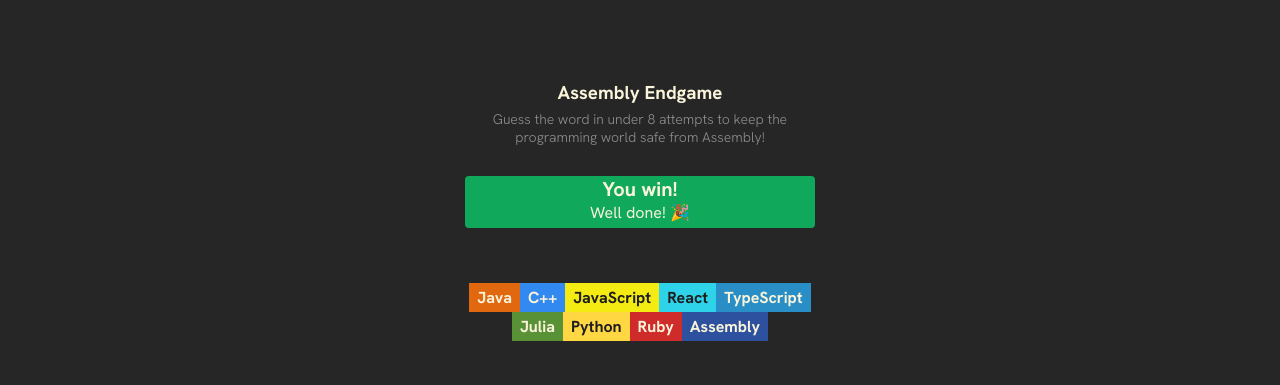
Repository: AchrafAzzaoui/AssemblyEndgame
Page: / (app in assembly-endgame/)
The author's editor kept a copy of each file at every save. The page is drawn from the files as they stood at one save, then again after the next save.
The browser window is 1280 px wide. The pictures show the whole page.
The project was rebuilt for these pictures with package versions that can differ from the ones it lists, and the page was loaded fresh each time. Also part of the build but not shown: assembly-endgame/vite.config.js.

Above is the page before, as saved 2024-12-25 13:09:24.

### assembly-endgame/index.html
<!DOCTYPE html>
<html lang="en">
  <head>
    <meta charset="UTF-8" />
    <link rel="icon" type="image/svg+xml" href="/vite.svg" />
    <meta name="viewport" content="width=device-width, initial-scale=1.0" />
    <link
      href="https://fonts.googleapis.com/css2?family=Hanken+Grotesk:wght@300;400;500;600;700&display=swap"
      rel="stylesheet"
    />
    <title>Assembly Endgame</title>
  </head>
  <body>
    <div id="root"></div>
    <script type="module" src="/src/main.jsx"></script>
  </body>
</html>

### assembly-endgame/src/index.css
* {
  margin: 0;
  padding: 0;
  box-sizing: border-box;
}
body {
  font-family: "Hanken Grotesk", sans-serif;
  background-color: #262626;
  color: #d9d9d9;
  padding: 80px 40px;
  height: 100vh;
  display: flex;
  justify-content: center;
}

header {
  text-align: center;
}

.game-title {
  color: #f9f4da;
}
.game-description {
  margin-top: 5px;
  font-weight: 300;
  color: #8e8e8e;
  font-size: 0.875rem;
  max-width: 350px;
}
.game-description,
.game-title {
  text-align: center;
}

/* status */
.game-status {
  width: 100%;
  max-width: 350px;
  background-color: #10a95b;
  color: #f9f4da;
  display: flex;
  flex-direction: column;
  justify-content: space-evenly;
  align-items: center;
  padding: 0px 20px;
  margin: 20px 0;
  border-radius: 4px;
  margin-block: 30px;
}
.game-status p {
  margin-bottom: 5px;
}
.game-status h2 {
  font-size: 1.25rem;
  /* margin: 5px; */
}

/* language tags */
.language-tags-container {
  display: flex;
  justify-content: center;
  margin-top: 25px;
  flex-wrap: wrap;
  max-width: 350px;
}

.language-tag {
  padding: 0.25rem 0.5rem;
}

main {
  width: 100%;
  max-width: 600px;
  display: flex;
  flex-direction: column;
  align-items: center;
}

### assembly-endgame/src/App.jsx
import { useState } from "react";
import Status from "./components/Status.jsx";
import LanguageTags from "./components/LanguageTags.jsx";

export default function App() {
  return (
    <main>
      <header>
        <h3 className="game-title">Assembly Endgame</h3>
        <p className="game-description">
          Guess the word in under 8 attempts to keep the programming world safe
          from Assembly!
        </p>
      </header>
      <Status />
      <LanguageTags />
    </main>
  );
}

### assembly-endgame/src/components/Status.jsx
import { useState } from "react";

export default function Status() {
  return (
    <div className="game-status">
      <h2>You win!</h2>
      <p>Well done! 🎉</p>
    </div>
  );
}

### assembly-endgame/src/components/LanguageTags.jsx
import { useState } from "react";
import { languages } from "../data/languages.js";

export default function LanguageTags() {
  const languageTags = languages.map((language) => {
    const { name, backgroundColor, color } = language;
    return (
      <div
        className="language-tag"
        style={{ backgroundColor: backgroundColor, color: color }}
      >
        <h4>{name}</h4>
      </div>
    );
  });
  return <div className="language-tags-container">{languageTags}</div>;
}

### assembly-endgame/src/data/languages.js
export const languages = [
  {
    name: "Java",
    backgroundColor: "#E2680F",
    color: "#F9F4DA",
  },
  {
    name: "C++",
    backgroundColor: "#328AF1",
    color: "#F9F4DA",
  },
  {
    name: "JavaScript",
    backgroundColor: "#F4EB13",
    color: "#1E1E1E",
  },
  {
    name: "React",
    backgroundColor: "#2ED3E9",
    color: "#1E1E1E",
  },
  {
    name: "TypeScript",
    backgroundColor: "#298EC6",
    color: "#F9F4DA",
  },
  {
    name: "Julia",
    backgroundColor: "#599137",
    color: "#F9F4DA",
  },
  {
    name: "Python",
    backgroundColor: "#FFD742",
    color: "#1E1E1E",
  },
  {
    name: "Ruby",
    backgroundColor: "#D02B2B",
    color: "#F9F4DA",
  },
  {
    name: "Assembly",
    backgroundColor: "#2D519F",
    color: "#F9F4DA",
  },
];

Loaded but not shown: assembly-endgame/src/main.jsx (common file)

After the next save:
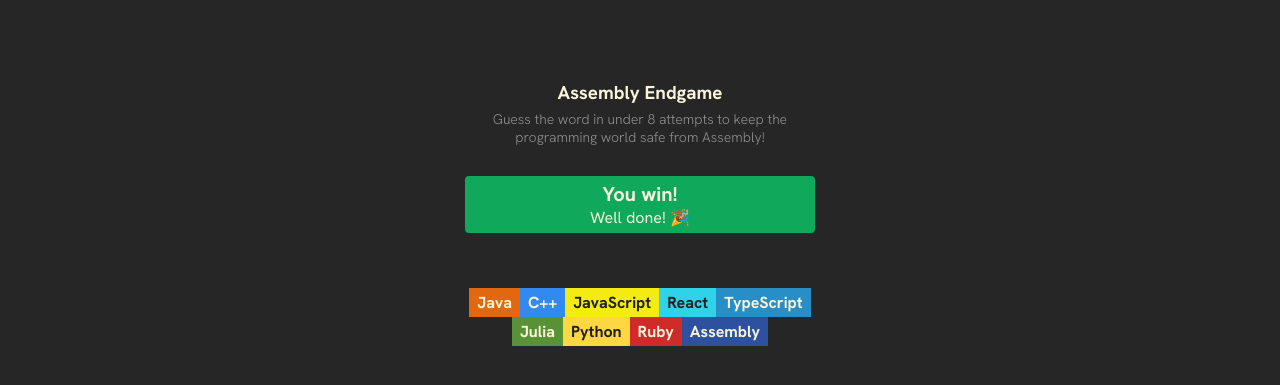
Saved 45 s later.
--- a/assembly-endgame/src/index.css
+++ b/assembly-endgame/src/index.css
@@ -42,13 +42,12 @@
   flex-direction: column;
   justify-content: space-evenly;
   align-items: center;
-  padding: 0px 20px;
+  padding: 5px 20px;
   margin: 20px 0;
   border-radius: 4px;
   margin-block: 30px;
 }
 .game-status p {
-  margin-bottom: 5px;
 }
 .game-status h2 {
   font-size: 1.25rem;
